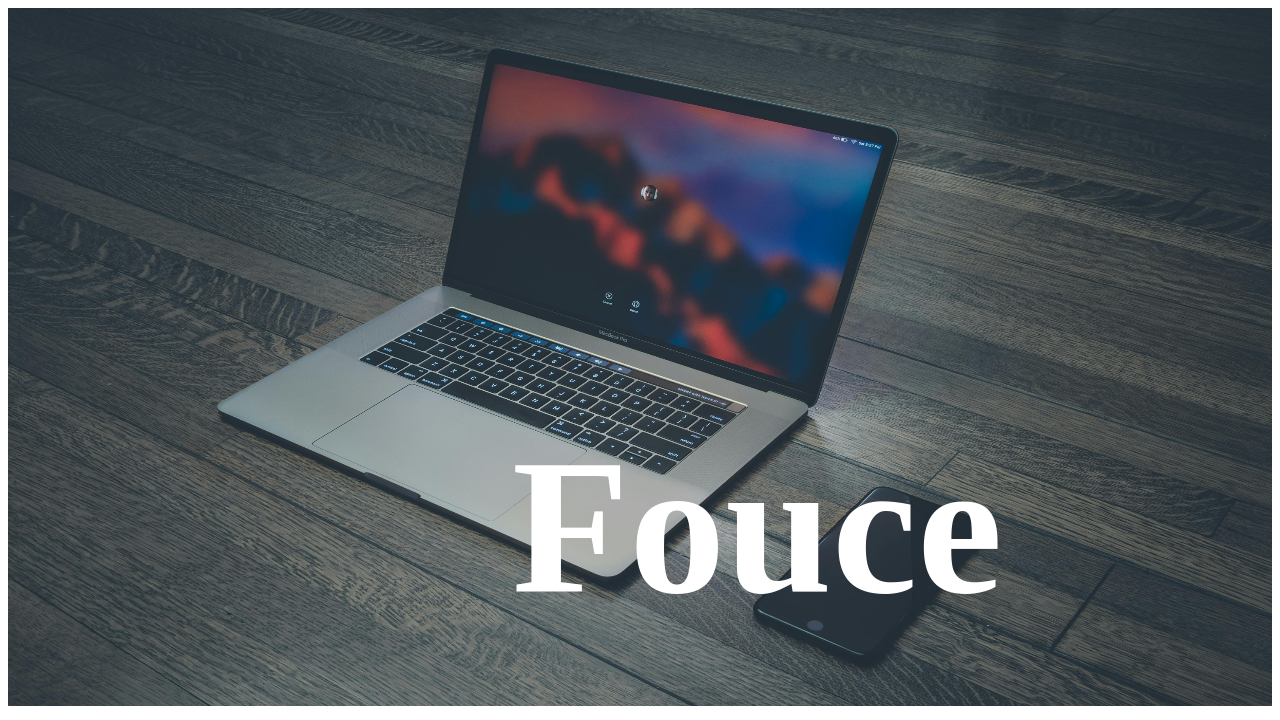
Repository: MrHadSheanas/Image_Fouce
Page: index.html
These files come from the project's save history. The page is drawn as it stood at one moment and after a run of saves; the edit follows.
The browser window is 1280 px wide. The pictures show the whole page.

Above is the page before, as saved 2025-09-06 06:53:23.

After the next 5 saves:
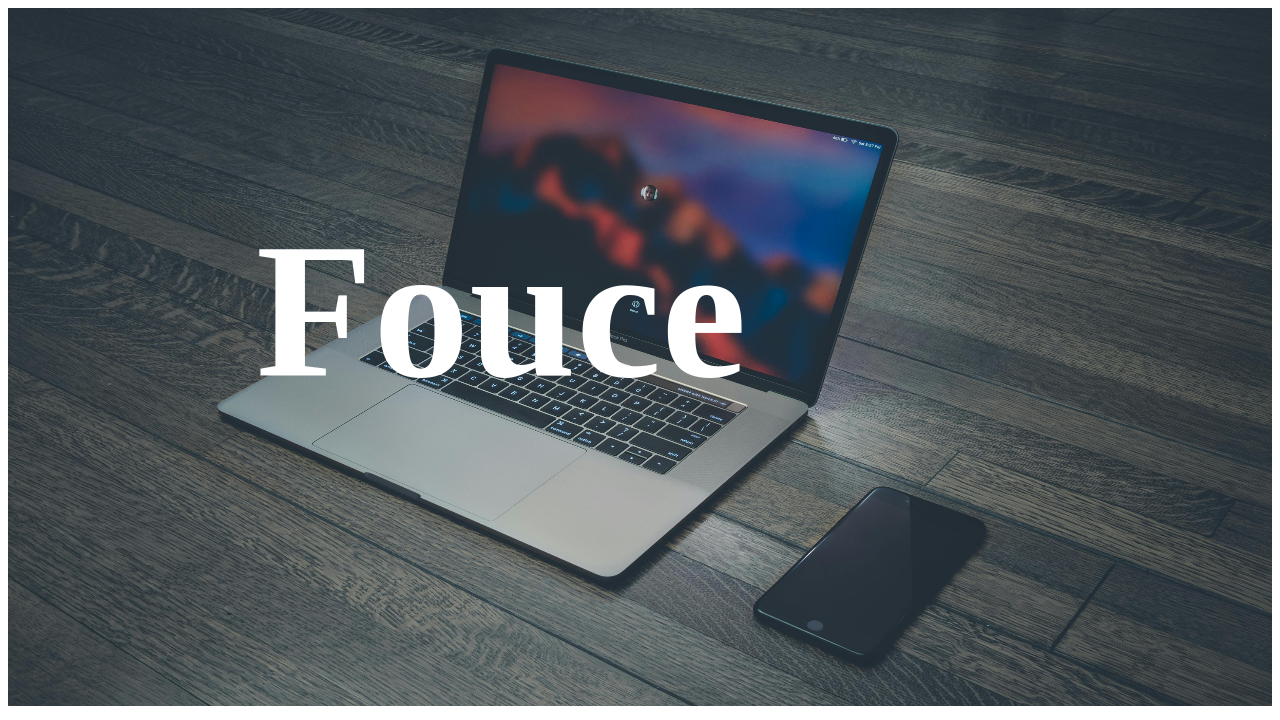
The 5 saves are shown as one change because they came seconds apart.
The last was saved 10 s later.
--- a/style.css
+++ b/style.css
@@ -8,8 +8,8 @@
 }
 h1{
    position: absolute;
-   top:40vh;
-   left: 40%;
+   top:10vh;
+   left:20%;
    font-size: 12em;
    font-weight: 800;
    color: white;
